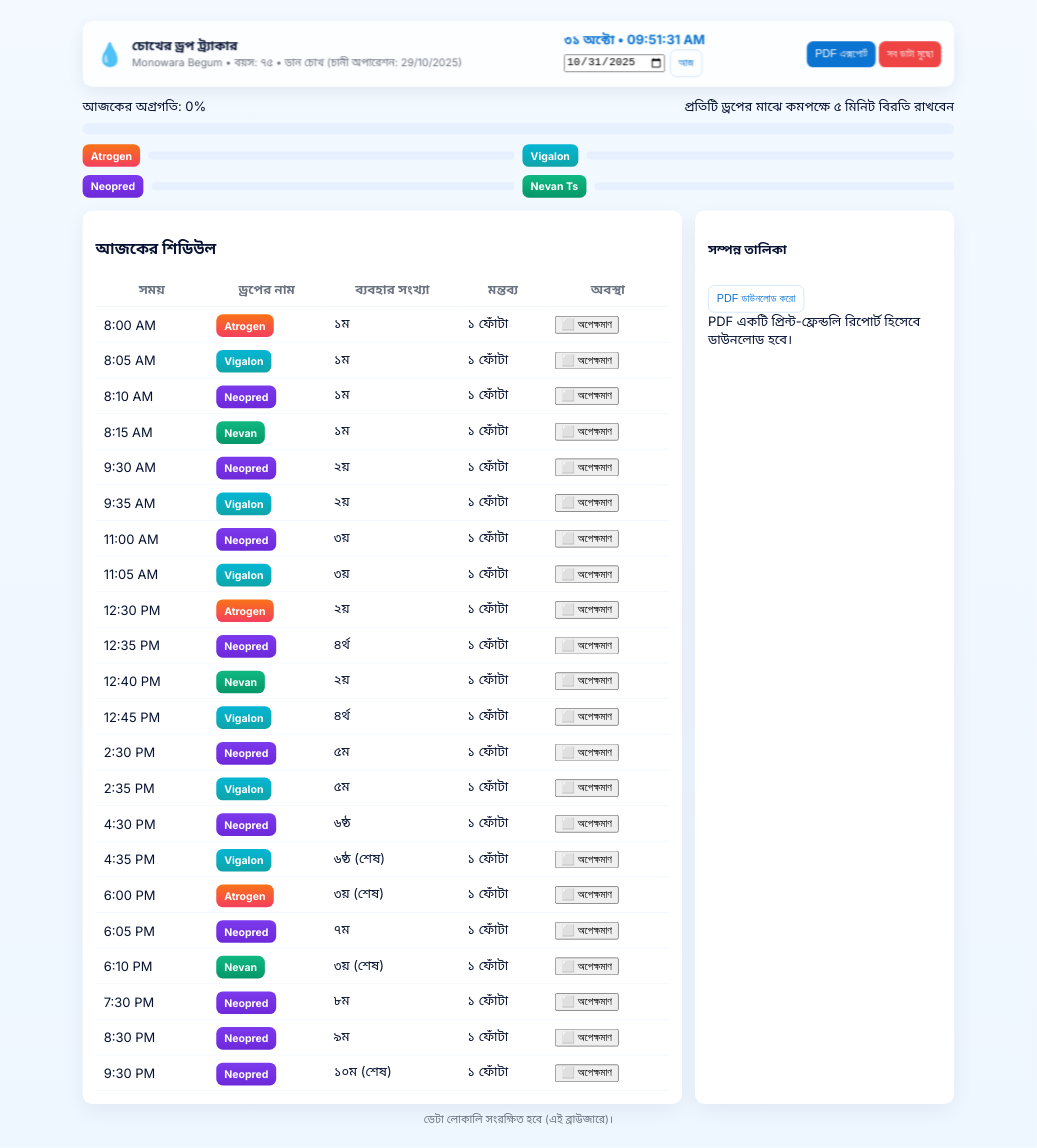
Repository: naimuddin1190/EyeDrop-Tracker
Page: index.html
The author's editor kept a copy of each file at every save. The page is drawn from the files as they stood at one save, then again after the next save.
The browser window is 1280 px wide. The pictures show the whole page, at 81% of full size.

Above is the page before, as saved 2025-10-31 10:21:13.

After the next save:
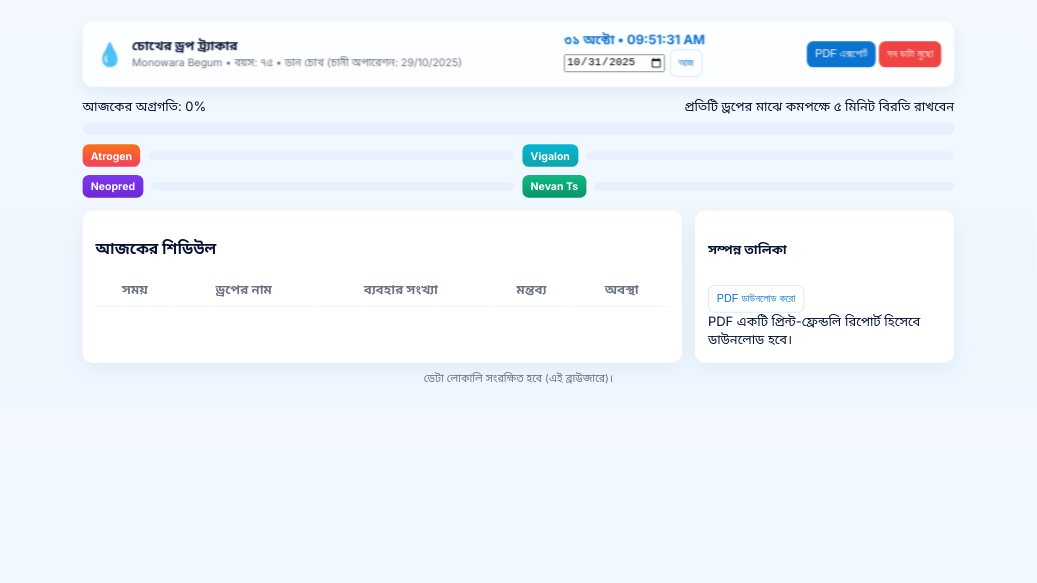
Saved 2 min 15 s later.
--- a/app.js
+++ b/app.js
@@ -140,51 +140,50 @@
 }
 
 // PDF Export (শুধু সম্পন্ন তালিকা / টেবিল)
-function generateTablePDF() {
-  const dateStr = viewDate.value;
-  const day = loadDay(dateStr);
+// PDF Export (শুধু টেবিল)
+exportPdf.onclick = () => {
+    const dateStr = viewDate.value;
+    const day = loadDay(dateStr);
 
-  let tableHtml = `<h2 style="margin:0 0 6px 0">চোখের ড্রপ রিপোর্ট</h2>
-  <div style="font-size:14px;color:#333;margin-bottom:6px">তারিখ: ${dateStr}</div>
-  <table style="width:100%;border-collapse:collapse;font-size:14px">
-    <thead>
-      <tr>
-        <th style="text-align:left;padding:6px;border-bottom:1px solid #ddd">সময়</th>
-        <th style="text-align:left;padding:6px;border-bottom:1px solid #ddd">ড্রপ</th>
-        <th style="padding:6px;border-bottom:1px solid #ddd">ব্যবহার সংখ্যা</th>
-        <th style="padding:6px;border-bottom:1px solid #ddd">মন্তব্য</th>
-        <th style="padding:6px;border-bottom:1px solid #ddd">অবস্থা</th>
-      </tr>
-    </thead>
-    <tbody>`;
+    // শুধু সম্পন্ন তালিকা
+    let html = `<h2>চোখের ড্রপ রিপোর্ট</h2>
+                <p>তারিখ: ${dateStr}</p>
+                <table style="width:100%;border-collapse:collapse;font-size:14px">
+                <thead>
+                    <tr>
+                        <th style="border:1px solid #000;padding:4px">সময়</th>
+                        <th style="border:1px solid #000;padding:4px">ড্রপ</th>
+                        <th style="border:1px solid #000;padding:4px">ব্যবহার সংখ্যা</th>
+                        <th style="border:1px solid #000;padding:4px">মন্তব্য</th>
+                        <th style="border:1px solid #000;padding:4px">অবস্থা</th>
+                    </tr>
+                </thead>
+                <tbody>`;
 
-  day.forEach(it=>{
-    tableHtml += `<tr>
-      <td style="padding:6px;border-bottom:1px solid #f2f2f2">${it.time}</td>
-      <td style="padding:6px;border-bottom:1px solid #f2f2f2">${it.med}</td>
-      <td style="padding:6px;border-bottom:1px solid #f2f2f2">${it.count}</td>
-      <td style="padding:6px;border-bottom:1px solid #f2f2f2">${it.note}</td>
-      <td style="padding:6px;border-bottom:1px solid #f2f2f2">${it.taken?'✅ সম্পন্ন':'⬜ অপেক্ষমাণ'}</td>
-    </tr>`;
-  });
+    day.forEach(it => {
+        html += `<tr>
+                    <td style="border:1px solid #000;padding:4px">${it.time}</td>
+                    <td style="border:1px solid #000;padding:4px">${it.med}</td>
+                    <td style="border:1px solid #000;padding:4px">${it.count}</td>
+                    <td style="border:1px solid #000;padding:4px">${it.note}</td>
+                    <td style="border:1px solid #000;padding:4px">${it.taken ? '✅ সম্পন্ন' : '⬜ অপেক্ষমাণ'}</td>
+                </tr>`;
+    });
 
-  tableHtml += `</tbody></table>`;
-  pdfContainer.innerHTML = tableHtml;
+    html += `</tbody></table>`;
 
-  const opt = {
-    margin: 0.5,
-    filename: `EyeDrop_${dateStr}.pdf`,
-    image: { type: 'jpeg', quality: 0.98 },
-    html2canvas: { scale: 2 },
-    jsPDF: { unit: 'in', format: 'a4', orientation: 'portrait' }
-  };
+    // invisible container ব্যবহার
+    const container = document.createElement('div');
+    container.innerHTML = html;
+    document.body.appendChild(container);
 
-  html2pdf().set(opt).from(pdfContainer).save();
-}
-
-// Attach PDF buttons
-exportPdf.onclick = generateTablePDF;
-exportPdfManual.onclick = generateTablePDF;
-
-// Initial Render
-render();
+    html2pdf().set({
+        margin: 0.5,
+        filename: `EyeDrop_${dateStr}.pdf`,
+        image: { type: 'jpeg', quality: 0.98 },
+        html2canvas: { scale: 2 },
+        jsPDF: { unit: 'in', format: 'a4', orientation: 'portrait' }
+    }).from(container).save().finally(() => {
+        document.body.removeChild(container); // cleanup
+    });
+};

After the save that followed:
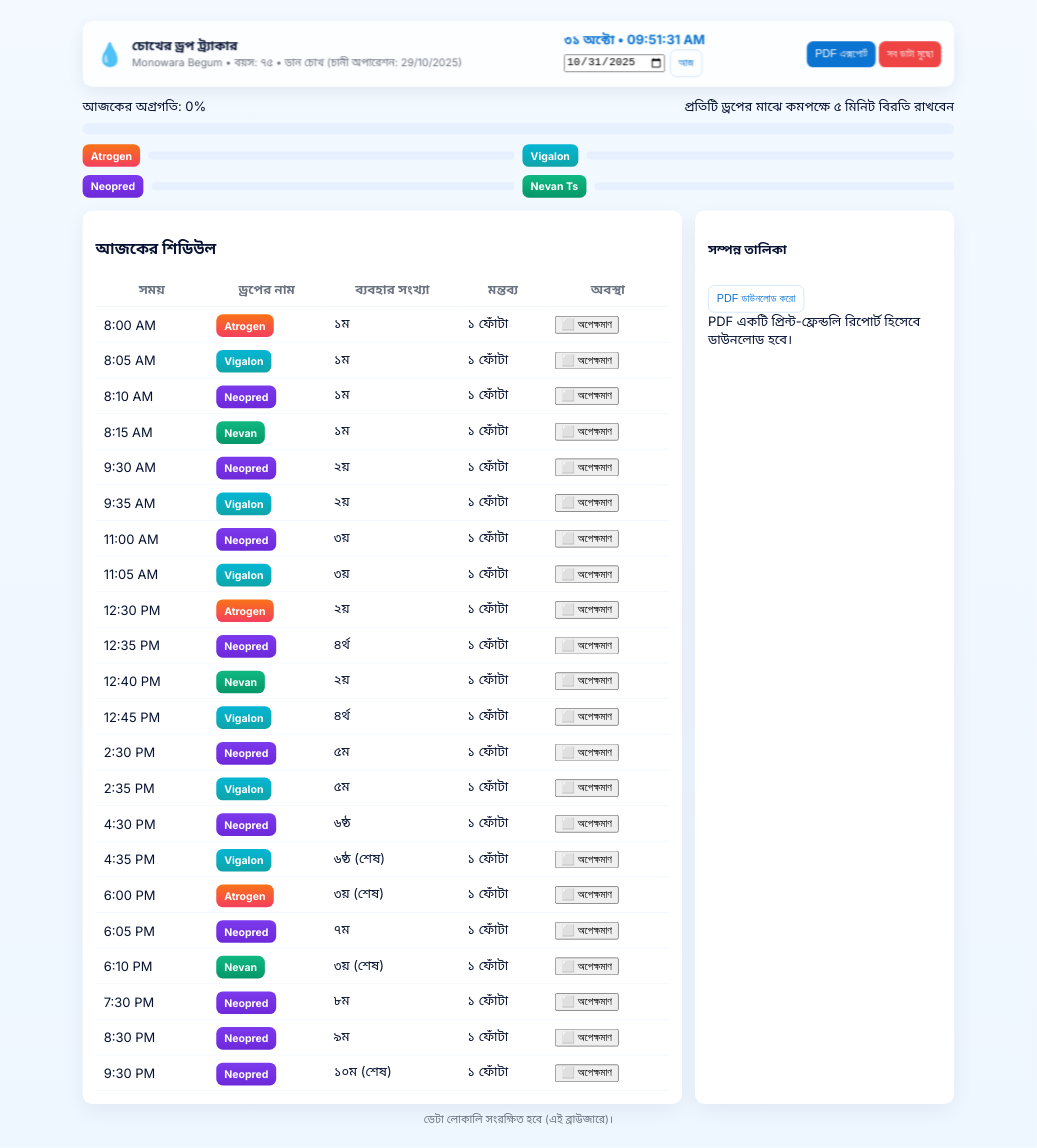
Saved 34 s later.
--- a/app.js
+++ b/app.js
@@ -140,50 +140,51 @@
 }
 
 // PDF Export (শুধু সম্পন্ন তালিকা / টেবিল)
-// PDF Export (শুধু টেবিল)
-exportPdf.onclick = () => {
-    const dateStr = viewDate.value;
-    const day = loadDay(dateStr);
+function generateTablePDF() {
+  const dateStr = viewDate.value;
+  const day = loadDay(dateStr);
 
-    // শুধু সম্পন্ন তালিকা
-    let html = `<h2>চোখের ড্রপ রিপোর্ট</h2>
-                <p>তারিখ: ${dateStr}</p>
-                <table style="width:100%;border-collapse:collapse;font-size:14px">
-                <thead>
-                    <tr>
-                        <th style="border:1px solid #000;padding:4px">সময়</th>
-                        <th style="border:1px solid #000;padding:4px">ড্রপ</th>
-                        <th style="border:1px solid #000;padding:4px">ব্যবহার সংখ্যা</th>
-                        <th style="border:1px solid #000;padding:4px">মন্তব্য</th>
-                        <th style="border:1px solid #000;padding:4px">অবস্থা</th>
-                    </tr>
-                </thead>
-                <tbody>`;
+  let tableHtml = `<h2 style="margin:0 0 6px 0">চোখের ড্রপ রিপোর্ট</h2>
+  <div style="font-size:14px;color:#333;margin-bottom:6px">তারিখ: ${dateStr}</div>
+  <table style="width:100%;border-collapse:collapse;font-size:14px">
+    <thead>
+      <tr>
+        <th style="text-align:left;padding:6px;border-bottom:1px solid #ddd">সময়</th>
+        <th style="text-align:left;padding:6px;border-bottom:1px solid #ddd">ড্রপ</th>
+        <th style="padding:6px;border-bottom:1px solid #ddd">ব্যবহার সংখ্যা</th>
+        <th style="padding:6px;border-bottom:1px solid #ddd">মন্তব্য</th>
+        <th style="padding:6px;border-bottom:1px solid #ddd">অবস্থা</th>
+      </tr>
+    </thead>
+    <tbody>`;
 
-    day.forEach(it => {
-        html += `<tr>
-                    <td style="border:1px solid #000;padding:4px">${it.time}</td>
-                    <td style="border:1px solid #000;padding:4px">${it.med}</td>
-                    <td style="border:1px solid #000;padding:4px">${it.count}</td>
-                    <td style="border:1px solid #000;padding:4px">${it.note}</td>
-                    <td style="border:1px solid #000;padding:4px">${it.taken ? '✅ সম্পন্ন' : '⬜ অপেক্ষমাণ'}</td>
-                </tr>`;
-    });
+  day.forEach(it=>{
+    tableHtml += `<tr>
+      <td style="padding:6px;border-bottom:1px solid #f2f2f2">${it.time}</td>
+      <td style="padding:6px;border-bottom:1px solid #f2f2f2">${it.med}</td>
+      <td style="padding:6px;border-bottom:1px solid #f2f2f2">${it.count}</td>
+      <td style="padding:6px;border-bottom:1px solid #f2f2f2">${it.note}</td>
+      <td style="padding:6px;border-bottom:1px solid #f2f2f2">${it.taken?'✅ সম্পন্ন':'⬜ অপেক্ষমাণ'}</td>
+    </tr>`;
+  });
 
-    html += `</tbody></table>`;
+  tableHtml += `</tbody></table>`;
+  pdfContainer.innerHTML = tableHtml;
 
-    // invisible container ব্যবহার
-    const container = document.createElement('div');
-    container.innerHTML = html;
-    document.body.appendChild(container);
+  const opt = {
+    margin: 0.5,
+    filename: `EyeDrop_${dateStr}.pdf`,
+    image: { type: 'jpeg', quality: 0.98 },
+    html2canvas: { scale: 2 },
+    jsPDF: { unit: 'in', format: 'a4', orientation: 'portrait' }
+  };
 
-    html2pdf().set({
-        margin: 0.5,
-        filename: `EyeDrop_${dateStr}.pdf`,
-        image: { type: 'jpeg', quality: 0.98 },
-        html2canvas: { scale: 2 },
-        jsPDF: { unit: 'in', format: 'a4', orientation: 'portrait' }
-    }).from(container).save().finally(() => {
-        document.body.removeChild(container); // cleanup
-    });
-};
+  html2pdf().set(opt).from(pdfContainer).save();
+}
+
+// Attach PDF buttons
+exportPdf.onclick = generateTablePDF;
+exportPdfManual.onclick = generateTablePDF;
+
+// Initial Render
+render();
